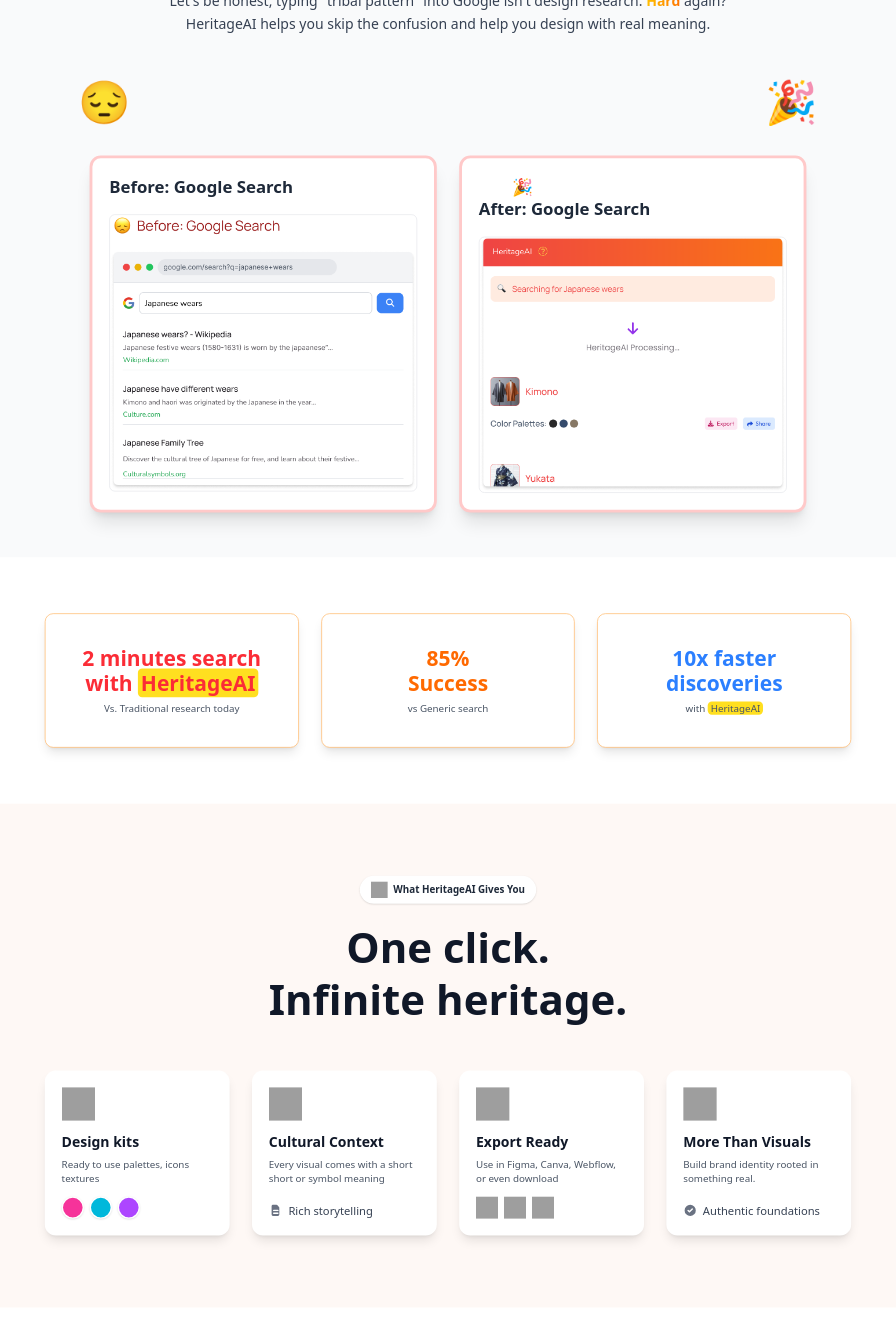
Repository: Em-driod/Heritage
Page: /
An editor plug-in stored every save of this project. The page is shown before and after the next save, followed by the edit.
The browser window is 1280 px wide. The pictures show the part of the page from y = 1233 to 3153 px (the page is 5753 px tall before and 5697 px after), at 70% of full size.
Pictures or frames that could not be fetched are drawn as grey boxes. The project was rebuilt for these pictures with package versions that can differ from the ones it lists, and the page was loaded fresh each time. Also part of the build but not shown: vite.config.ts.

Above is the page before, as saved 2025-07-08 17:45:43.

### src/App.tsx
// src/App.tsx
import React from 'react';
import { BrowserRouter as Router, Route, Routes } from 'react-router-dom';
import Home from './pages/home';



const App: React.FC = () => {
  return (
    <Router>
      <div>


        <Routes>
          <Route path="/" element={<Home />} />


        </Routes>
      </div>
    </Router>
  );
};

export default App;

### src/pages/home.tsx
import Hero from "../components/Hero"
import Landsecont from "../components/landsecont"
import Landthird from "../components/landthird"
import Landfourth from "../components/landfourth"
import Landfifth from "../components/landfifth"

const Home = () => {
  return (
    <div>
      <Hero />
      <Landsecont />
      <Landthird />
     <Landfourth />
     <Landfifth />
    </div>
  )
}

export default Home

### src/components/landsecont.tsx
const Landsecont = () => {
  return (
    <div className="flex flex-col items-center justify-center min-h-screen bg-gray-50 py-16 px-4 sm:px-6 lg:px-8">
      {/* Top Section: Main Heading and Subheading */}
      <div className="text-center mb-16 max-w-4xl mx-auto">
        <h1 className="text-4xl sm:text-5xl lg:text-6xl font-bold text-gray-900 leading-tight">
          Design shouldn't feel
          <br />
          like guesswork.
        </h1>
        <p className="mt-6 text-lg sm:text-xl text-gray-700 leading-relaxed">
          Let's be honest, typing "tribal pattern" into Google
          isn't design research.
          <span className="font-bold bg-gradient-to-r from-yellow-400 to-orange-500 text-transparent bg-clip-text"> Hard </span>
          again? HeritageAI helps you skip the
          confusion and help you design with real meaning.
        </p>
      </div>

      {/* Middle Section: Emojis */}
      <div className="flex justify-between w-full max-w-5xl px-8 mb-12">
        <span role="img" aria-label="sad face" className="text-6xl -translate-x-12">
          😔
        </span>
        <span role="img" aria-label="party popper" className="text-6xl translate-x-12">
          🎉
        </span>
      </div>

      {/* Bottom Section: Before & After Cards */}
      <div className="flex flex-col lg:flex-row justify-center items-stretch gap-8 w-full max-w-5xl">
        {/* Left Column: Before Google Search */}
        <div className="bg-white rounded-2xl shadow-xl flex-1 border-4 border-red-200 p-6 flex flex-col">
          <h2 className="text-2xl font-bold text-gray-800 mb-6 text-left">
            Before: Google Search
          </h2>
          <img
            src="/before.png"
            alt="Google Search Screenshot"
            className="rounded-lg border border-gray-200 w-full object-cover"
          />
        </div>

        {/* Right Column: After HeritageAI */}
            <div className="bg-white rounded-2xl shadow-xl flex-1 border-4 border-red-200 p-6 flex flex-col">
                <span role="img" aria-label="party popper" className="text-2xl translate-x-12">
          🎉
        </span>
          <h2 className="text-2xl font-bold text-gray-800 mb-6 text-left">
            After: Google Search
          </h2>
          <img
            src="/after.png"
            alt="Google Search Screenshot"
            className="rounded-lg border border-gray-200 w-full object-cover"
          />
        </div>
      </div>
    </div>
  );
};

export default Landsecont;

### src/components/landthird.tsx


const Landthird = () => {
  return (
    <div className="flex justify-center items-center py-20 px-4 sm:px-6 lg:px-8 bg-white">
      <div className="flex flex-col lg:flex-row items-center justify-center gap-8 w-full max-w-6xl">

        {/* Card 1: 2 minutes search */}
        <div className="flex-1 bg-white border border-orange-300 rounded-xl shadow-lg p-6 text-center h-48 flex flex-col justify-center transition-transform duration-300 hover:scale-105">
          <p className="text-3xl font-bold text-red-500 mb-2">
            2 minutes search
            <br />
            with <span className="bg-yellow-300 px-1 rounded-md">HeritageAI</span>
          </p>
          <p className="text-sm text-gray-600">
            Vs. Traditional research today
          </p>
        </div>

        {/* Card 2: 85% Success */}
        <div className="flex-1 bg-white border border-orange-300 rounded-xl shadow-lg p-6 text-center h-48 flex flex-col justify-center transition-transform duration-300 hover:scale-105">
          <p className="text-3xl font-bold text-orange-500 mb-2">
            85%
            <br />
            Success
          </p>
          <p className="text-sm text-gray-600">
            vs Generic search
          </p>
        </div>

        {/* Card 3: 10x faster discoveries */}
        <div className="flex-1 bg-white border border-orange-300 rounded-xl shadow-lg p-6 text-center h-48 flex flex-col justify-center transition-transform duration-300 hover:scale-105">
          <p className="text-3xl font-bold text-blue-500 mb-2">
            10x faster
            <br />
            discoveries
          </p>
          <p className="text-sm text-gray-600">
            with <span className="bg-yellow-300 px-1 rounded-md">HeritageAI</span>
          </p>
        </div>

      </div>
    </div>
  );
};

export default Landthird;

### src/components/landfourth.tsx


const Landfourth = () => {
  return (
    <div className="bg-[#fef8f5] min-h-screen flex flex-col items-center justify-center py-20 px-4 sm:px-6 lg:px-8">
      {/* Top Section: What HeritageAI Gives You */}
      <div className="text-center mb-16">
        <div className="inline-flex items-center bg-white rounded-full py-2 px-4 shadow-sm mb-6">
          <img
            src="/path-to-heritageai-icon.png" // Placeholder, replace with your actual icon path
            alt="HeritageAI Icon"
            className="w-6 h-6 mr-2"
          />
          <span className="text-sm font-semibold text-gray-800">What HeritageAI Gives You</span>
        </div>
        <h1 className="text-5xl sm:text-6xl font-bold text-gray-900 leading-tight">
          One click.
          <br />
          Infinite heritage.
        </h1>
      </div>

      {/* Cards Section */}
      <div className="grid grid-cols-1 md:grid-cols-2 lg:grid-cols-4 gap-8 max-w-6xl w-full">

        {/* Card 1: Design kits */}
        <div className="bg-white rounded-2xl shadow-lg p-6 flex flex-col items-start text-left">
          <img
            src="/path-to-design-kits-icon.png" // Placeholder, replace with your actual icon path
            alt="Design kits icon"
            className="w-12 h-12 mb-4"
          />
          <h3 className="text-xl font-semibold text-gray-900 mb-2">Design kits</h3>
          <p className="text-gray-600 text-sm mb-4">
            Ready to use palettes, icons
            <br />
            textures
          </p>
          <div className="flex space-x-2 mt-auto">
            <div className="w-8 h-8 rounded-full bg-pink-500 border-2 border-white shadow"></div>
            <div className="w-8 h-8 rounded-full bg-cyan-500 border-2 border-white shadow"></div>
            <div className="w-8 h-8 rounded-full bg-purple-500 border-2 border-white shadow"></div>
          </div>
        </div>

        {/* Card 2: Cultural Context */}
        <div className="bg-white rounded-2xl shadow-lg p-6 flex flex-col items-start text-left">
          <img
            src="/path-to-cultural-context-icon.png" // Placeholder, replace with your actual icon path
            alt="Cultural Context icon"
            className="w-12 h-12 mb-4"
          />
          <h3 className="text-xl font-semibold text-gray-900 mb-2">Cultural Context</h3>
          <p className="text-gray-600 text-sm mb-4">
            Every visual comes with a short
            <br />
            short or symbol meaning
          </p>
          <div className="flex items-center text-gray-700 font-medium mt-auto">
            <svg className="w-5 h-5 mr-2 text-gray-500" fill="currentColor" viewBox="0 0 20 20" xmlns="http://www.w3.org/2000/svg">
              <path fillRule="evenodd" d="M4 4a2 2 0 012-2h4.586A2 2 0 0112 2.414L14.586 5A2 2 0 0115 6.414V16a2 2 0 01-2 2H6a2 2 0 01-2-2V4zm2 6a1 1 0 011-1h6a1 1 0 110 2H7a1 1 0 01-1-1zm1 3a1 1 0 100 2h6a1 1 0 100-2H7z" clipRule="evenodd"></path>
            </svg>
            Rich storytelling
          </div>
        </div>

        {/* Card 3: Export Ready */}
        <div className="bg-white rounded-2xl shadow-lg p-6 flex flex-col items-start text-left">
          <img
            src="/path-to-export-ready-icon.png" // Placeholder, replace with your actual icon path
            alt="Export Ready icon"
            className="w-12 h-12 mb-4"
          />
          <h3 className="text-xl font-semibold text-gray-900 mb-2">Export Ready</h3>
          <p className="text-gray-600 text-sm mb-4">
            Use in Figma, Canva, Webflow,
            <br />
            or even download
          </p>
          <div className="flex space-x-2 mt-auto">
            <img src="/path-to-figma-icon.png" alt="Figma icon" className="w-8 h-8" /> {/* Placeholder */}
            <img src="/path-to-canva-icon.png" alt="Canva icon" className="w-8 h-8" /> {/* Placeholder */}
            <img src="/path-to-webflow-icon.png" alt="Webflow icon" className="w-8 h-8" /> {/* Placeholder */}
          </div>
        </div>

        {/* Card 4: More Than Visuals */}
        <div className="bg-white rounded-2xl shadow-lg p-6 flex flex-col items-start text-left">
          <img
            src="/path-to-more-than-visuals-icon.png" // Placeholder, replace with your actual icon path
            alt="More Than Visuals icon"
            className="w-12 h-12 mb-4"
          />
          <h3 className="text-xl font-semibold text-gray-900 mb-2">More Than Visuals</h3>
          <p className="text-gray-600 text-sm mb-4">
            Build brand identity rooted in
            <br />
            something real.
          </p>
          <div className="flex items-center text-gray-700 font-medium mt-auto">
            <svg className="w-5 h-5 mr-2 text-gray-500" fill="currentColor" viewBox="0 0 20 20" xmlns="http://www.w3.org/2000/svg">
              <path fillRule="evenodd" d="M10 18a8 8 0 100-16 8 8 0 000 16zm3.707-9.293a1 1 0 00-1.414-1.414L9 10.586 7.707 9.293a1 1 0 00-1.414 1.414l2 2a1 1 0 001.414 0l4-4z" clipRule="evenodd"></path>
            </svg>
            Authentic foundations
          </div>
        </div>

      </div>
    </div>
  );
};

export default Landfourth;

Loaded but not shown: index.html (common file); src/main.tsx (common file); src/index.css (common file); src/components/landfifth.tsx (203 lines, source omitted); src/components/Hero.tsx (237 lines, source omitted)

After the next save:
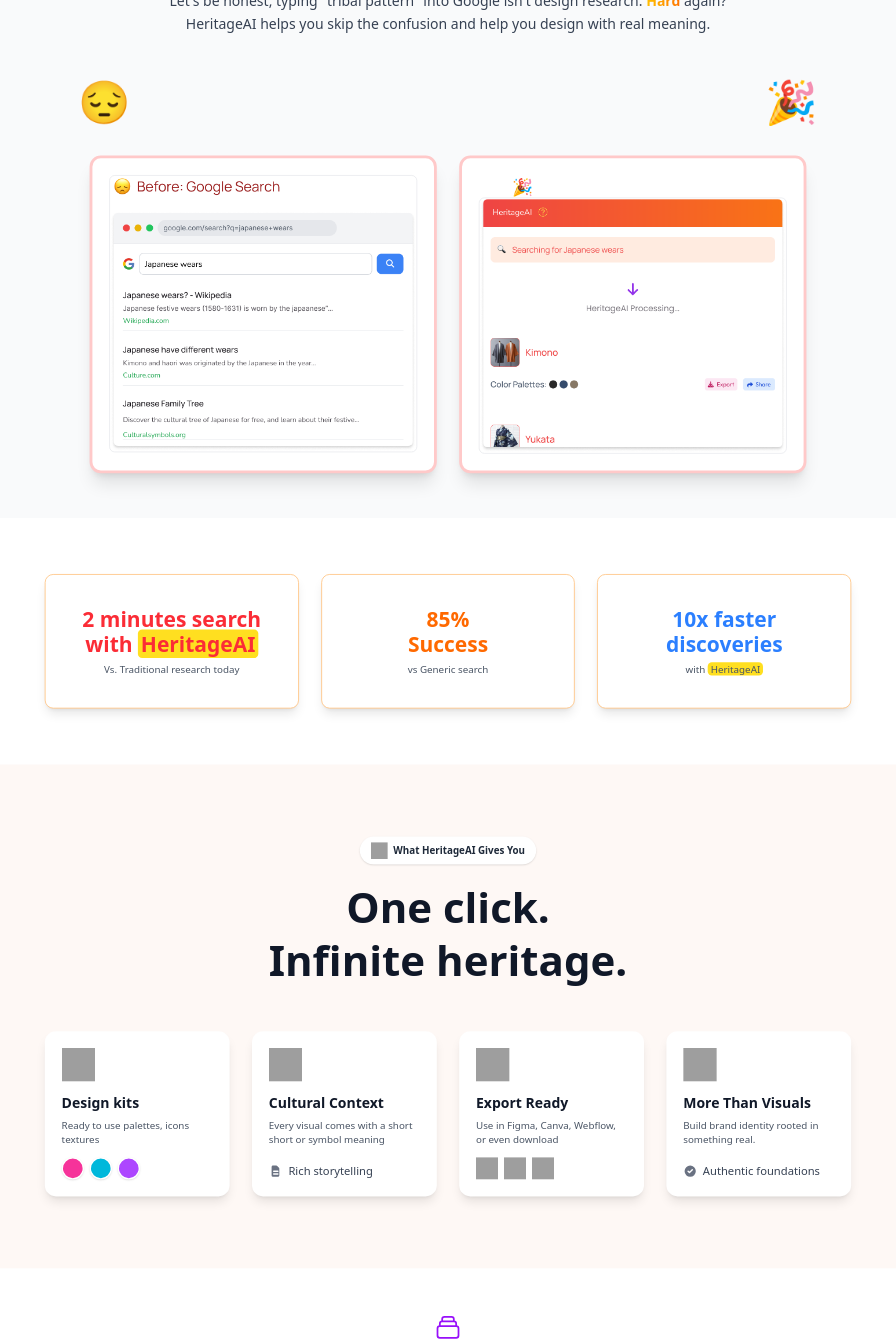
Saved 68 s later.
--- a/src/components/landsecont.tsx
+++ b/src/components/landsecont.tsx
@@ -31,9 +31,7 @@
       <div className="flex flex-col lg:flex-row justify-center items-stretch gap-8 w-full max-w-5xl">
         {/* Left Column: Before Google Search */}
         <div className="bg-white rounded-2xl shadow-xl flex-1 border-4 border-red-200 p-6 flex flex-col">
-          <h2 className="text-2xl font-bold text-gray-800 mb-6 text-left">
-            Before: Google Search
-          </h2>
+
           <img
             src="/before.png"
             alt="Google Search Screenshot"
@@ -46,9 +44,7 @@
                 <span role="img" aria-label="party popper" className="text-2xl translate-x-12">
           🎉
         </span>
-          <h2 className="text-2xl font-bold text-gray-800 mb-6 text-left">
-            After: Google Search
-          </h2>
+
           <img
             src="/after.png"
             alt="Google Search Screenshot"
